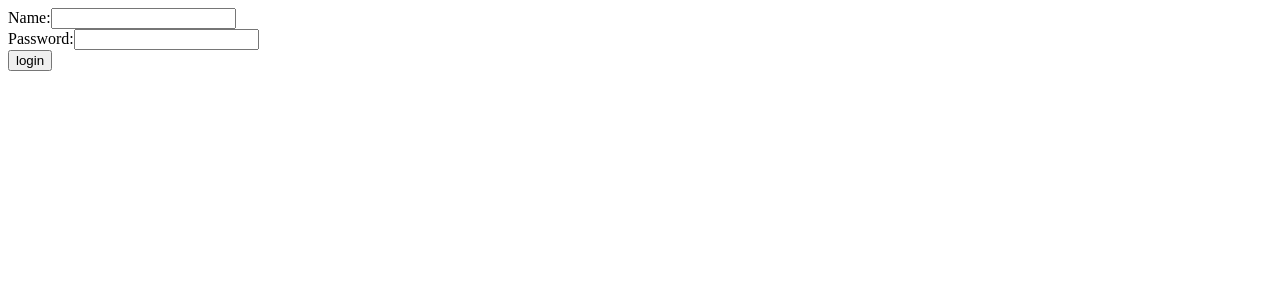
Repository: ashwinipatil321/ServletPrograms
Page: AccessDatabase/WebContent/index.html
These files come from the project's save history. The page is drawn as it stood at one moment and after the next save; the edit follows.
The browser window is 1280 px wide. The pictures show the whole page.

Above is the page before, as saved 2017-11-02 10:50:09.

After the next save:
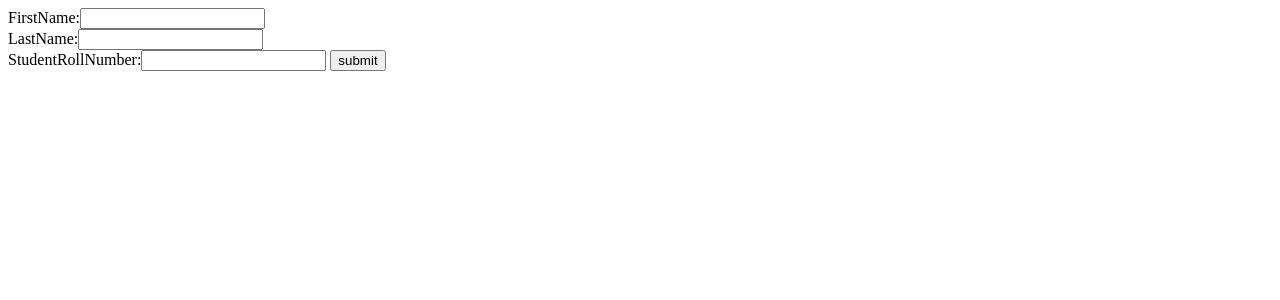
Saved 3 min 23 s later.
--- a/AccessDatabase/WebContent/index.html
+++ b/AccessDatabase/WebContent/index.html
@@ -6,9 +6,10 @@
 </head>
 <body>
 <form action="DataAccessServlet" method="post">
-Name:<input type="text" name="userName"/><br/>
-Password:<input type="password" name="userPass"/><br/>
-<input type="submit" value="login"/>
+FirstName:<input type="text" name="firstName"/><br/>
+LastName:<input type="text" name="lastName"/><br/>
+StudentRollNumber:<input type="number" name="StudentRollNumber">
+<input type="submit" value="submit"/>
 </form>
 </body>
 </html>
